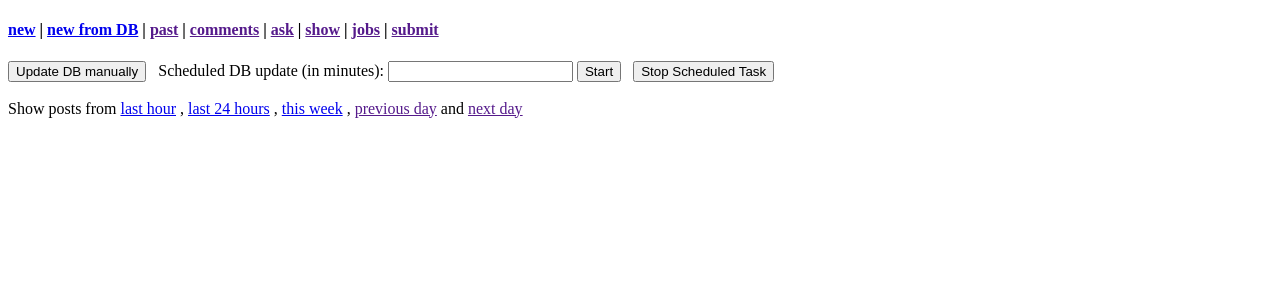
Repository: akshatmaheshwar/HackerNews-Clone
Page: http://localhost/HackerNews/dbnewest
An editor plug-in stored every save of this project. The page is shown before and after the next save, followed by the edit.
The browser window is 1280 px wide. The pictures show the whole page.
The page is served by Tomcat 10. Other server files are loaded and not shown. Queries for data that is not in the repository find no rows.

Above is the page before, as saved 2023-10-13 04:19:44.

### HackerNews/src/main/webapp/newest.jsp
<%@ page language="java" contentType="text/html; charset=ISO-8859-1"
    pageEncoding="ISO-8859-1"%>
    <%@ page import="java.util.ArrayList" %>
    <%@ page import="java.util.Iterator" %>
    <%@ page import="java.net.URI" %>
    <%@ page import="java.util.Calendar"%>
    <%@ page import="com.example.newest.Posts" %>
<!DOCTYPE html>
<html>
<head>
<meta charset="ISO-8859-1">
<title>Hacker News</title>
</head>
<body>
<%!
String timeDiff(Long timeStamp){
	long epoch = System.currentTimeMillis()/1000;
	long difference = epoch - timeStamp;
	if(difference/86400>0)return (difference/86400) + " days ago";
	if(difference/3600>0) return (difference/3600) + " hours ago";
	if (difference/60>0) return (difference/60) + " minutes ago";
	return (difference) + " seconds ago";
}
String getDomainName(String url){
	URI uri;
	try{
		uri = new URI(url);
		String host = uri.getHost();
		String domainName = host.startsWith("www.") ? host.substring(4) : host;
		return "(" + domainName + ")";
	}catch(Exception e){
		System.out.println(e);
	}
	return "";
}
long getTimeStampLastHour(){
	Calendar c = Calendar.getInstance();
	c.setTimeInMillis(System.currentTimeMillis());
	c.add(Calendar.HOUR_OF_DAY,-1);
	return c.getTimeInMillis()/1000;
}
long getTimeStampLast24Hour(){
	Calendar c = Calendar.getInstance();
	c.setTimeInMillis(System.currentTimeMillis());
	c.add(Calendar.DAY_OF_MONTH,-1);
	return c.getTimeInMillis()/1000;
}
long getTimeStampThisWeek(){
	Calendar c = Calendar.getInstance();
	c.setTimeInMillis(System.currentTimeMillis());
    int daysUntilSunday = Calendar.SUNDAY - c.get(Calendar.DAY_OF_WEEK);
    daysUntilSunday = daysUntilSunday>0? daysUntilSunday - 7:0;
    c.add(Calendar.DAY_OF_MONTH, daysUntilSunday);
    c.set(Calendar.HOUR_OF_DAY, 0);
    c.set(Calendar.MINUTE, 0);
    c.set(Calendar.SECOND, 0);
    c.set(Calendar.MILLISECOND, 0);
	return c.getTimeInMillis()/1000;
}
%>
<h4> <a href ="newest">new</a>&nbsp;|&nbsp;<a href ="dbnewest">new from DB</a>&nbsp;|&nbsp;<a href ="">past</a>&nbsp;|&nbsp;<a href ="">comments</a>&nbsp;|&nbsp;<a href ="">ask</a>&nbsp;|&nbsp;<a href ="">show</a>&nbsp;|&nbsp;<a href ="">jobs</a>&nbsp;|&nbsp;<a href ="">submit</a></h4>
<% int startNo = 1;
if(request.getAttribute("pagination")!=null)startNo = (int)request.getAttribute("pagination")-29;%>
	<div style="display: flex;">
	<form action="dbnewest" method="post"><input type="submit" value="Update DB manually"></form> &nbsp; &nbsp;
	<form action="scheduledservlet" method="post">
        Scheduled DB update (in minutes): <input type="text" name="intervalMinutes" required>
        <input type="submit" value="Start">
    </form> &nbsp; &nbsp;
    <form action="stopscheduledservlet" method="post"><input type="submit" value="Stop Scheduled Task"></form></div>

    <br>
    <div>Show posts from <a href = "dbnewest?fromtime=<%=getTimeStampLastHour()%>">last hour</a> , <a href = "dbnewest?fromtime=<%=getTimeStampLast24Hour()%>">last 24 hours</a> , <a href = "dbnewest?fromtime=<%=getTimeStampThisWeek()%>">this week</a> , <a href = "">previous day</a> and <a href = "">next day</a></div>
<ol start = <%=startNo%>>
     <%
    ArrayList<Posts> postList = (ArrayList<Posts>)request.getAttribute("postList");

    if (postList != null) {
        Iterator<Posts> iterator = postList.iterator();
        while (iterator.hasNext()) {
            Posts item = iterator.next();
%>
            <li><span><a href ="<%=item.getUrl()%>"><%= item.getTitle() %></a> <%= getDomainName(item.getUrl())%> </span>
            <p><%=item.getScore()%> point &nbsp; Posted by <%=item.getBy() %> &nbsp; <%= timeDiff(item.getTime()) %><%if(item.getKids()!=null&&item.getKids().size()>0){%> &nbsp; <a href = "postcomments?postId=<%=item.getId()%>"> <%=item.getKids().size()%> comments</a><%}%></p></li>
<%
        }
    }
%>
</ol>
<%if(request.getAttribute("pagination")!=null&&postList!=null&&!postList.isEmpty()){%> <a href = "dbnewest?pagination=${pagination}"> More</a><%} %>
</body>
</html>

### HackerNews/src/main/java/com/example/newest/DBNewestServlet.java
package com.example.newest;

import jakarta.servlet.ServletException;
import jakarta.servlet.annotation.WebServlet;
import jakarta.servlet.http.HttpServlet;
import jakarta.servlet.http.HttpServletRequest;
import jakarta.servlet.http.HttpServletResponse;
import java.io.IOException;
import java.math.BigDecimal;
import java.net.URL;
import java.sql.Connection;
import java.sql.DriverManager;
import java.sql.PreparedStatement;
import java.sql.ResultSet;
import java.sql.SQLException;
import java.sql.Statement;
import java.sql.Timestamp;
import java.time.Instant;
import java.util.ArrayList;
import java.util.List;
import java.util.Scanner;

import javax.net.ssl.HttpsURLConnection;

import com.fasterxml.jackson.databind.ObjectMapper;
@WebServlet("/dbnewest")
public class DBNewestServlet extends HttpServlet {
	private static final long serialVersionUID = 1L;

    public DBNewestServlet() {
        super();
    }
	protected void doGet(HttpServletRequest request, HttpServletResponse response) throws ServletException, IOException {
		int pagination = 0;
		long fromTime = 0;
		if(request.getParameter("pagination")!=null)pagination = Integer.parseInt(request.getParameter("pagination"));
		if(request.getParameter("fromtime")!=null)fromTime = Long.parseLong(request.getParameter("fromtime"));
	    try {
			Class.forName("com.mysql.cj.jdbc.Driver");
		} catch (ClassNotFoundException e) {
			e.printStackTrace();
		}
	    try(Connection con = DriverManager.getConnection("jdbc:mysql://localhost:3306/HackerNews","root","root")){
	    	Statement st = con.createStatement();
	    	ResultSet rs = st.executeQuery("SELECT * FROM HackerNewsPost WHERE time > "+fromTime+" ORDER BY time DESC LIMIT 30 OFFSET " + pagination );
	    	List<Posts> postList = new ArrayList<Posts>();
	    	while(rs.next()) {
	    		Posts post = new Posts();
	    		List<Integer> kidsId = new ArrayList<>();

	            try (Statement st1 = con.createStatement();
	                 ResultSet rs1 = st1.executeQuery("SELECT id FROM HackerNewsComments WHERE parent_id = " + rs.getInt("id"))) {

	                while (rs1.next()) {
	                    kidsId.add(rs1.getInt("id"));
	                }
	            }
	    		post.setKids(kidsId);
	    		post.setId(rs.getInt("id"));
	    		post.setBy(rs.getString("posted_by"));
	    		post.setDescendants(rs.getInt("descendants"));
	    		post.setScore(rs.getInt("score"));
	    		post.setText(rs.getString("text"));
	    		post.setTime(rs.getLong("time"));
	    		post.setTitle(rs.getString("title"));
	    		post.setType(rs.getString("type"));
	    		post.setUrl(rs.getString("url"));
	    		postList.add(post);
	    	}
	    	request.setAttribute("postList", postList);
	    }catch(Exception e) {e.printStackTrace();}
	    request.setAttribute("pagination", pagination+30);
        request.getRequestDispatcher("/newest.jsp").forward(request, response);

	}

	protected void doPost(HttpServletRequest request, HttpServletResponse response) throws ServletException, IOException {

		URL urlObj = new URL("https://hacker-news.firebaseio.com/v0/newstories.json?print=pretty");
		HttpsURLConnection connection = (HttpsURLConnection) urlObj.openConnection();
		connection.setRequestMethod("GET");
		int responseCode = connection.getResponseCode();

		if(responseCode == HttpsURLConnection.HTTP_OK) {
			StringBuilder sb = new StringBuilder();
			Scanner sc = new Scanner(connection.getInputStream());

			while(sc.hasNext())sb.append(sc.nextLine());
			sc.close();

			ObjectMapper om = new ObjectMapper();
			@SuppressWarnings("unchecked")
			List<Integer> jsonArr = om.readValue(sb.toString(),List.class);
			List<Posts> postList = new ArrayList<Posts>();

			for(int i=0;i<30;i++) {
				URL urlObj1 = new URL("https://hacker-news.firebaseio.com/v0/item/"+jsonArr.get(i)+".json?print=pretty");
				HttpsURLConnection connection1 = (HttpsURLConnection) urlObj1.openConnection();
				connection1.setRequestMethod("GET");
				int responseCode1 = connection1.getResponseCode();

				if(responseCode1 == HttpsURLConnection.HTTP_OK) {
					StringBuilder sb1 = new StringBuilder();
					Scanner sc1 = new Scanner(connection1.getInputStream());

					while(sc1.hasNext())sb1.append(sc1.nextLine());
					sc1.close();

					ObjectMapper om1 = new ObjectMapper();
					try{
						Posts post = om1.readValue(sb1.toString(),Posts.class);
						postList.add(post);
					}catch(Exception e) {
						System.out.println(e);
					}
				}
			}
			try {
			    Class.forName("com.mysql.cj.jdbc.Driver");
			} catch (ClassNotFoundException e) {
			    e.printStackTrace();
			}
			try(Connection con = DriverManager.getConnection("jdbc:mysql://localhost:3306/HackerNews","root","root")){
				try(PreparedStatement pst = con.prepareStatement("INSERT IGNORE INTO HackerNewsPost(id,posted_by,descendants,score,text,time,title,type,url) values(?,?,?,?,?,?,?,?,?)")){
					for(Posts post : postList) {
						pst.setInt(1, post.getId());
						pst.setString(2, post.getBy());
						pst.setInt(3, post.getDescendants());
						pst.setInt(4, post.getScore());
						pst.setString(5, post.getText());
						pst.setBigDecimal(6, new BigDecimal(post.getTime()));
						pst.setString(7,post.getTitle());
						pst.setString(8, post.getType());
						pst.setString(9,post.getUrl());
						pst.executeUpdate();
					}
					System.out.println("Updated DB successfully!");
				}catch(Exception e) {e.printStackTrace();}
			}catch(Exception e) {e.printStackTrace();}
			request.setAttribute("postList", postList);
			request.getRequestDispatcher("/comments").forward(request, response);
//			response.sendRedirect("dbnewest");
		}
	}

}

After the next save:
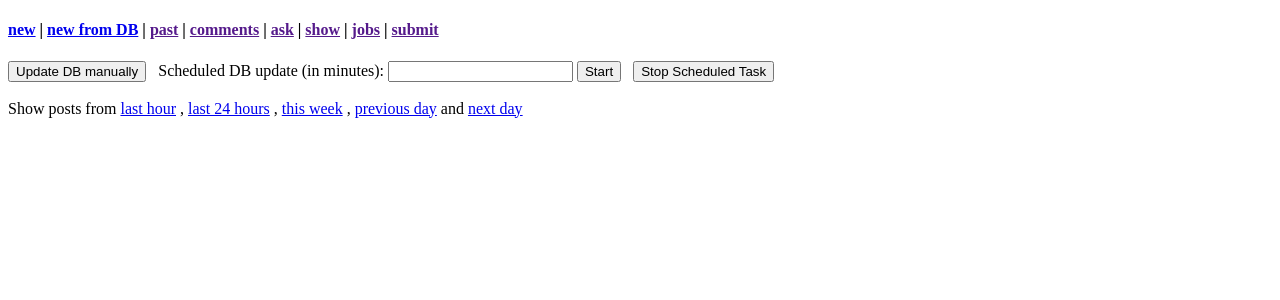
Saved 40 min 31 s later.
--- a/HackerNews/src/main/webapp/newest.jsp
+++ b/HackerNews/src/main/webapp/newest.jsp
@@ -57,6 +57,35 @@ long getTimeStampThisWeek(){
     c.set(Calendar.MILLISECOND, 0);
 	return c.getTimeInMillis()/1000;
 }
+long getMidNight(){
+	Calendar c = Calendar.getInstance();
+	c.setTimeInMillis(System.currentTimeMillis());
+    c.set(Calendar.HOUR_OF_DAY, 0);
+    c.set(Calendar.MINUTE, 0);
+    c.set(Calendar.SECOND, 0);
+    c.set(Calendar.MILLISECOND, 0);
+	return c.getTimeInMillis()/1000;
+}
+long getPreviousMidNight(){
+	Calendar c = Calendar.getInstance();
+	c.setTimeInMillis(System.currentTimeMillis());
+	c.add(Calendar.DAY_OF_MONTH, -1);
+    c.set(Calendar.HOUR_OF_DAY, 0);
+    c.set(Calendar.MINUTE, 0);
+    c.set(Calendar.SECOND, 0);
+    c.set(Calendar.MILLISECOND, 0);
+	return c.getTimeInMillis()/1000;
+}
+long getNextMidNight(){
+	Calendar c = Calendar.getInstance();
+	c.setTimeInMillis(System.currentTimeMillis());
+	c.add(Calendar.DAY_OF_MONTH, 1);
+    c.set(Calendar.HOUR_OF_DAY, 0);
+    c.set(Calendar.MINUTE, 0);
+    c.set(Calendar.SECOND, 0);
+    c.set(Calendar.MILLISECOND, 0);
+	return c.getTimeInMillis()/1000;
+}
 %>
 <h4> <a href ="newest">new</a>&nbsp;|&nbsp;<a href ="dbnewest">new from DB</a>&nbsp;|&nbsp;<a href ="">past</a>&nbsp;|&nbsp;<a href ="">comments</a>&nbsp;|&nbsp;<a href ="">ask</a>&nbsp;|&nbsp;<a href ="">show</a>&nbsp;|&nbsp;<a href ="">jobs</a>&nbsp;|&nbsp;<a href ="">submit</a></h4>
 <% int startNo = 1;
@@ -70,7 +99,7 @@ if(request.getAttribute("pagination")!=null)startNo = (int)request.getAttribute(
     <form action="stopscheduledservlet" method="post"><input type="submit" value="Stop Scheduled Task"></form></div>
 
     <br>
-    <div>Show posts from <a href = "dbnewest?fromtime=<%=getTimeStampLastHour()%>">last hour</a> , <a href = "dbnewest?fromtime=<%=getTimeStampLast24Hour()%>">last 24 hours</a> , <a href = "dbnewest?fromtime=<%=getTimeStampThisWeek()%>">this week</a> , <a href = "">previous day</a> and <a href = "">next day</a></div>
+    <div>Show posts from <a href = "dbnewest?fromtime=<%=getTimeStampLastHour()%>">last hour</a> , <a href = "dbnewest?fromtime=<%=getTimeStampLast24Hour()%>">last 24 hours</a> , <a href = "dbnewest?fromtime=<%=getTimeStampThisWeek()%>">this week</a> , <a href = "dbnewest?fromtime=<%=getPreviousMidNight()%>&totime<%=getMidNight()%>">previous day</a> and <a href = "dbnewest?fromtime=<%=getMidNight()%>&totime<%=getNextMidNight()%>">next day</a></div>
 <ol start = <%=startNo%>>
      <%
     ArrayList<Posts> postList = (ArrayList<Posts>)request.getAttribute("postList");
